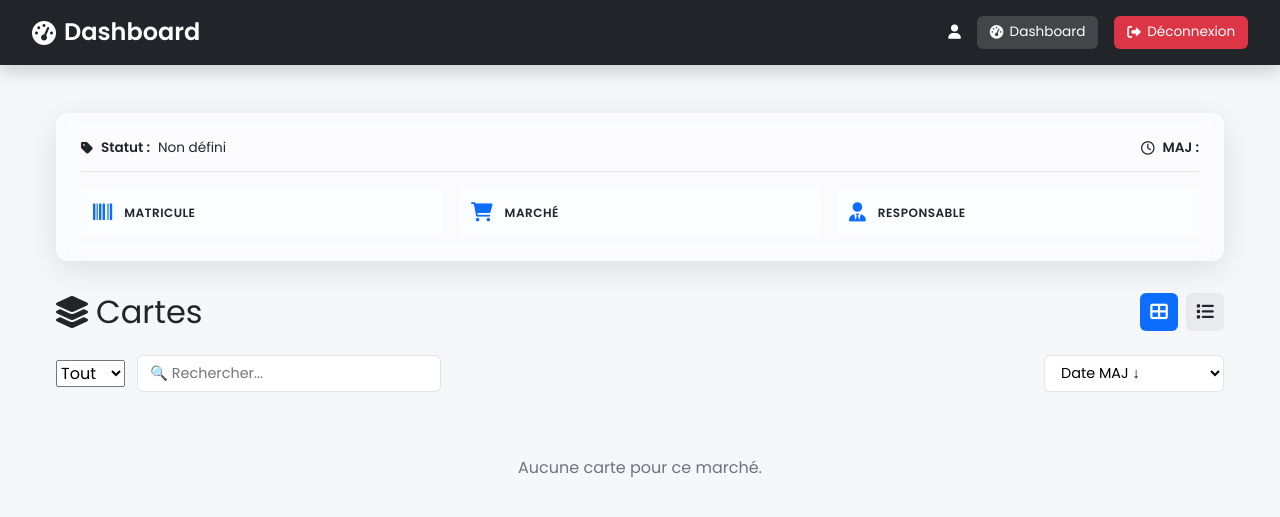
Repository: Andriatiana669/Retour_XP
Page: marches/templates/marches/description.html
The author's editor kept a copy of each file at every save. The page is drawn from the files as they stood at one save, then again after the next save.
The browser window is 1280 px wide. The pictures show the whole page.
The page is served by the project's application, run on Django 5.2 (manage.py). Other server files are loaded and not shown. The template is opened directly, without the code that normally fills it, so the values that code supplies are empty.

Above is the page before, as saved 2026-01-08 14:34:49.

### marches/templates/marches/description.html
{% extends 'dashboard/base.html' %}
{% load static %}
{% block title %}{{ marche_detaille.titre }}{% endblock %}

{% block extra_css %}
<link rel="stylesheet" href="{% static 'marches/css/description.css' %}">
<link rel="stylesheet" href="https://cdnjs.cloudflare.com/ajax/libs/font-awesome/6.0.0/css/all.min.css">
{% endblock %}

{% block content %}
<main class="container">
  <section class="info-grid">
    <div class="info-card">
      <div class="info-header">
        <span class="etat-item"><i class="fas fa-tag"></i><strong>Statut :</strong> {{ marche_detaille.etat_affaire.nom|default:'Non défini' }}</span>
        <span class="maj-item"><i class="far fa-clock"></i><strong>MAJ :</strong> {{ marche_detaille.date_maj|date:"d/m/Y H:i" }}</span>
      </div>
      <div class="info-items-container">
        <div class="info-item"><i class="fas fa-barcode"></i><span><strong>Matricule</strong><br>{{ marche_detaille.matricule }}</span></div>
        <div class="info-item"><i class="fas fa-shopping-cart"></i><span><strong>Marché</strong><br>{{ marche_detaille.nom_marche }}</span></div>
        <div class="info-item"><i class="fas fa-user-tie"></i><span><strong>Responsable</strong><br>{{ marche_detaille.resp_marche }}</span></div>
      </div>
    </div>
    {% if marche_detaille.description %}
    <div class="description-box">
      <h3><i class="fas fa-info-circle"></i> Description</h3>
      <p>{{ marche_detaille.description|linebreaks }}</p>
    </div>
    {% endif %}
  </section>

  <!-- ========== CARTES ========== -->
  <section class="cartes-section">
    <div class="cartes-header">
      <h2><i class="fas fa-layer-group"></i> Cartes</h2>
      <div class="view-toggle">
        <button id="btnGrand" class="vue-btn active" title="Grandes cartes"><i class="fas fa-th-large"></i></button>
        <button id="btnPetit" class="vue-btn" title="Petites cartes"><i class="fas fa-list"></i></button>
      </div>
      {% if request.user.profile.est_responsable %}
      <a href="{% url 'marches:ajouter_carte' marche_detaille.id %}" class="btn-add"><i class="fas fa-plus-circle"></i> Ajouter une carte</a>
      {% endif %}
    </div>

    <!-- Barre outils : tri + filtre -->
    <div class="cartes-tools">
      <div class="tools-left">
        <select id="searchField" class="form-field">
          <option value="all">Tout</option>
          <option value="titre">Titre</option>
          <option value="objet">Objet</option>
          <option value="client">Client</option>
        </select>
        <input type="text" id="searchCarte" placeholder="🔍 Rechercher..." class="form-search">
      </div>
      <div class="tools-right">
        <select id="sortSelect" class="form-sort">
          <option value="date-desc">Date MAJ ↓</option>
          <option value="date-asc">Date MAJ ↑</option>
          <option value="titre-az">Titre A-Z</option>
          <option value="titre-za">Titre Z-A</option>
        </select>
      </div>
    </div>

    <!-- Conteneur DES CARTES -->
    <div id="cartesContainer" class="cartes-container">
      {% for carte in cartes %}
      <div class="carte" data-id="{{ carte.id }}"
           data-titre="{{ carte.titre|lower }}"
           data-objet="{{ carte.objet|default:''|lower }}"
           data-client="{{ carte.nom_client|default:''|lower }}"
           data-date="{{ carte.date_maj|date:'Y-m-d' }}">

        <!-- actions visibles dans les 2 modes -->
        <div class="carte-actions mode-independent">
          <a href="{% url 'marches:voir_carte' carte.id %}" class="btn-act" title="Voir"><i class="fas fa-eye"></i></a>
          {% if request.user.profile.est_responsable %}
          <a href="{% url 'marches:modifier_carte' carte.id %}" class="btn-act mod" title="Modifier"><i class="fas fa-edit"></i></a>
          <a href="{% url 'marches:supprimer_carte' carte.id %}" class="btn-act del" title="Supprimer" onclick="return confirm('Supprimer cette carte ?');"><i class="fas fa-trash"></i></a>
          {% endif %}
        </div>

        <!-- Conteneur unique -->
        <div class="carte-inner">
          <!-- Vue compacte (ligne) -->
          <div class="carte-compact">
            <span class="cc-titre"><i class="far fa-folder"></i> {{ carte.titre }}</span>
            <span class="cc-objet"><i class="fas fa-paperclip"></i> {{ carte.objet|default:"-" }}</span>
            <span class="cc-client"><i class="fas fa-user-alt"></i> {{ carte.nom_client|default:"-" }}</span>
            <span class="cc-date"><i class="far fa-calendar"></i> <strong>Date retour :</strong> {{ carte.date_retour|date:"d/m/Y" }}</span>
            <span class="cc-maj"><i class="far fa-clock"></i> <strong>Date MAJ :</strong> {{ carte.date_maj|date:"d/m/Y H:i" }}</span>
          </div>

          <!-- Vue normale (carte complète) -->
          <div class="carte-normal">
            <div class="carte-header"><h4>{{ carte.titre }}</h4><button class="btn-copy" data-contenu="{{ carte.contenu|striptags|escape }}" title="Copier"><i class="far fa-copy"></i></button></div>
            <div class="carte-body">
              {% if carte.objet %}<p class="objet"><strong>Objet :</strong> {{ carte.objet }}</p>{% endif %}
              {% if carte.nom_client %}<p class="client"><strong>Client :</strong> {{ carte.nom_client }}</p>{% endif %}
              <div class="contenu">{{ carte.contenu|linebreaks }}</div>
            </div>
            {% if carte.image %}<div class="carte-image"><img src="{{ carte.image.url }}" alt="{{ carte.titre }}" loading="lazy"></div>{% endif %}
            <div class="carte-footer"><span class="date-retour"><i class="far fa-calendar"></i> Retour : {{ carte.date_retour|date:"d/m/Y" }}</span><span class="date-maj">MAJ : {{ carte.date_maj|date:"d/m/Y H:i" }}</span></div>
          </div>
        </div>
      </div>
      {% empty %}
      <p class="empty-cartes">Aucune carte pour ce marché.</p>
      {% endfor %}
    </div>
  </section>
</main>

<!-- Script mis ici pour être sûr que le DOM des cartes existe -->
<script src="{% static 'marches/js/description.js' %}"></script>
{% endblock %}

### dashboard/templates/dashboard/base.html
{% load static %}
<!DOCTYPE html>
<html lang="fr">
<head>
    <meta charset="UTF-8">
    <meta name="viewport" content="width=device-width, initial-scale=1.0">
    <title>{% block title %}Dashboard - Retour XP{% endblock %}</title>

    <!-- Polices et icônes -->
    <link rel="stylesheet" href="https://cdnjs.cloudflare.com/ajax/libs/font-awesome/6.4.0/css/all.min.css">
    <link href="https://fonts.googleapis.com/css2?family=Poppins:wght@300;400;600&display=swap" rel="stylesheet">

    <!-- Bootstrap + CSS global -->
    <link href="https://cdn.jsdelivr.net/npm/bootstrap@5.3.2/dist/css/bootstrap.min.css" rel="stylesheet">
    <link rel="stylesheet" href="{% static 'dashboard/css/dashboard.css' %}">

    {% block extra_css %}{% endblock %}
</head>
<body>
    <!-- HEADER COMMUN -->
    <header>
        <h1><i class="fas fa-tachometer-alt"></i> Dashboard</h1>

        <div class="header-actions">
            <!-- Nom utilisateur -->
            <span class="user-name"><i class="fas fa-user"></i> {{ request.user.username }}</span>

            <!-- Fil d'Ariane (hors page d'accueil) -->
            {% if request.resolver_match.url_name != 'dashboard' %}
            <nav class="breadcrumb-bar">
                <a href="{% url 'dashboard:dashboard' %}" class="btn-nav">
                    <i class="fas fa-tachometer-alt"></i> Dashboard
                </a>
                {% if request.resolver_match.url_name == 'description' %}
                <a href="{% url 'dashboard:liste_marche' object.marche_global.id %}" class="btn-nav">
                    <i class="fas fa-arrow-left"></i> Retour à la liste
                </a>
                {% endif %}
            </nav>
            {% endif %}

            <!-- Déconnexion (rouge) -->
            <a href="{% url 'authentification:logout' %}" class="btn-logout">
                <i class="fas fa-sign-out-alt"></i> Déconnexion
            </a>
        </div>
    </header>

    <!-- CONTENU DES PAGES FILLES -->
    <main>
        {% block content %}{% endblock %}
    </main>

    <!-- JS COMMUN -->
    <script src="https://cdn.jsdelivr.net/npm/bootstrap@5.3.2/dist/js/bootstrap.bundle.min.js"></script>
    {% block extra_js %}{% endblock %}
</body>
</html>

### Retour_XP/urls.py
"""
URL configuration for Retour_XP project.

The `urlpatterns` list routes URLs to views. For more information please see:
    https://docs.djangoproject.com/en/5.2/topics/http/urls/
Examples:
Function views
    1. Add an import:  from my_app import views
    2. Add a URL to urlpatterns:  path('', views.home, name='home')
Class-based views
    1. Add an import:  from other_app.views import Home
    2. Add a URL to urlpatterns:  path('', Home.as_view(), name='home')
Including another URLconf
    1. Import the include() function: from django.urls import include, path
    2. Add a URL to urlpatterns:  path('blog/', include('blog.urls'))
"""
# Retour_XP/urls.py
from django.contrib import admin
from django.urls import path, include
from django.conf import settings
from django.conf.urls.static import static

urlpatterns = [
    path('admin/', admin.site.urls),
    path('', include('authentification.urls')),
    path('dashboard/', include('dashboard.urls')),
    path('marches/', include('marches.urls')),
]

if settings.DEBUG:
    urlpatterns += static(settings.MEDIA_URL, document_root=settings.MEDIA_ROOT)
    urlpatterns += static(settings.STATIC_URL, document_root=settings.STATIC_ROOT)

### authentification/urls.py
# authentification/urls.py
from django.urls import path
from . import views

app_name = 'authentification'

urlpatterns = [
    path('', views.login_view, name='login'),
    path('logout/', views.custom_logout, name='logout'),   # ← nouvelle ligne
]

### dashboard/urls.py
# dashboard/urls.py
from django.urls import path
from . import views

app_name = 'dashboard'

urlpatterns = [
    path('', views.dashboard_view, name='dashboard'),
    path('marche/<int:marche_global_id>/', views.liste_marche_view, name='liste_marche'),
    path('marche/<int:marche_global_id>/ajouter/', views.ajouter_marche_view, name='ajouter_marche'),
    path('marche/change-etat/<int:pk>/', views.change_etat_view, name='change_etat'),
    path('marche/modifier/<int:pk>/', views.modifier_marche_view, name='modifier_marche'),
    path('marche/supprimer/<int:pk>/', views.supprimer_marche_view, name='supprimer_marche'),
]

### marches/urls.py
# marches/urls.py
from django.urls import path
from . import views

app_name = 'marches'

urlpatterns = [
    path('description/<int:marche_detaille_id>/', views.description_view, name='description'),

    # Cartes
    path('carte/ajouter/<int:marche_detaille_id>/', views.ajouter_carte_view,   name='ajouter_carte'),
    path('carte/voir/<int:carte_id>/',                views.voir_carte_view,      name='voir_carte'),
    path('carte/modifier/<int:carte_id>/',            views.modifier_carte_view,  name='modifier_carte'),
    path('carte/supprimer/<int:carte_id>/',           views.supprimer_carte_view, name='supprimer_carte'),
]

### dashboard/static/dashboard/css/dashboard.css
/* ---------- VARIABLES ---------- */
:root {
    --primary-color: #0d6efd;
    --secondary-color: #6c757d;
    --success-color: #28a745;
    --danger-color: #dc3545;
    --light-color: #f8f9fa;
    --dark-color: #212529;
    --shadow-sm: 0 .125rem .25rem rgba(0,0,0,.075);
    --shadow-md: 0 .5rem 1rem rgba(0,0,0,.15);
    --shadow-lg: 0 1rem 3rem rgba(0,0,0,.175);
    --transition: all .3s ease;
}

/* ---------- BASE ---------- */
body {
    font-family: 'Poppins', 'Segoe UI', Roboto, Arial, sans-serif;
    background: var(--light-color);
    margin: 0;
    padding: 0;
    color: #333;
}

/* ---------- HEADER ---------- */
header {
    background: var(--dark-color);
    color: #fff;
    padding: 1rem 2rem;
    display: flex;
    justify-content: space-between;
    align-items: center;
    box-shadow: var(--shadow-md);
    position: sticky;
    top: 0;
    z-index: 100;
}
header h1 {
    margin: 0;
    font-size: 1.5rem;
    font-weight: 600;
    display: flex;
    align-items: center;
    gap: .5rem;
}

.header-actions {
    display: flex;
    align-items: center;
    gap: 1rem;
}
.user-name {
    font-size: .9rem;
    color: #fff;
    white-space: nowrap;
}

.breadcrumb-bar {
    display: flex;
    gap: .5rem;
}
.btn-nav {
    background: rgba(255,255,255,.15);
    color: #fff;
    padding: .4rem .8rem;
    border-radius: .375rem;
    text-decoration: none;
    font-size: .85rem;
    display: inline-flex;
    align-items: center;
    gap: .4rem;
    transition: background .2s;
}
.btn-nav:hover { background: rgba(255,255,255,.25); }

.btn-logout {
    background: var(--danger-color);
    color: #fff;
    padding: .4rem .8rem;
    border-radius: .375rem;
    text-decoration: none;
    font-size: .85rem;
    display: inline-flex;
    align-items: center;
    gap: .4rem;
    transition: background .2s;
}
.btn-logout:hover { background: #c82333; }

/* ---------- MAIN ---------- */
main {
    padding: 2rem;
    max-width: 1400px;
    margin: 0 auto;
}
main h2 {
    color: var(--dark-color);
    margin-bottom: 1.5rem;
    display: flex;
    align-items: center;
    gap: .5rem;
}

/* ---------- DASHBOARD CONTROLS ---------- */
.dashboard-controls {
    display: flex;
    justify-content: space-between;
    margin-bottom: 1.5rem;
    gap: 1rem;
    flex-wrap: wrap;
}
.search-bar {
    flex: 1;
    min-width: 200px;
}
.search-bar input {
    width: 100%;
    padding: .75rem 1rem;
    border: 1px solid #dee2e6;
    border-radius: .5rem;
    font-size: 1rem;
    transition: var(--transition);
}
.search-bar input:focus {
    border-color: var(--primary-color);
    outline: none;
    box-shadow: 0 0 0 .25rem rgba(13, 110, 253, .25);
}
.filter-options select {
    padding: .75rem 1rem;
    border: 1px solid #dee2e6;
    border-radius: .5rem;
    background: #fff;
    cursor: pointer;
    min-width: 180px;
}

/* ---------- GRILLE ---------- */
.marches-grid {
    display: grid;
    grid-template-columns: repeat(auto-fill, minmax(280px, 1fr));
    gap: 1.5rem;
    margin-top: 1.5rem;
}

/* ---------- CARTE ---------- */
.marche-card {
    background: #fff;
    padding: 1.5rem;
    border-radius: .5rem;
    box-shadow: var(--shadow-sm);
    border: 1px solid #e9ecef;
    display: flex;
    flex-direction: column;
    position: relative;
    overflow: hidden;
    transition: var(--transition);
}
.marche-card::before {
    content: "📊";
    position: absolute;
    top: 1rem;
    right: 1rem;
    font-size: 1.5rem;
    opacity: .1;
    color: var(--primary-color);
}
.marche-card:hover {
    transform: translateY(-5px) scale(1.01);
    box-shadow: var(--shadow-lg);
    border-color: var(--primary-color);
}
.marche-card h3 {
    margin: 0 0 .5rem 0;
    color: var(--primary-color);
    font-weight: 600;
}
.marche-card p {
    color: var(--secondary-color);
    margin: .5rem 0 1rem 0;
    flex-grow: 1;
}
.marche-stats { margin: .5rem 0; }
.projet-count {
    background: var(--success-color);
    color: #fff;
    padding: .25rem .75rem;
    border-radius: 1rem;
    font-size: .875rem;
    font-weight: 600;
    display: inline-flex;
    align-items: center;
    gap: .5rem;
}
.projet-count::before { content: "📦"; }

/* ---------- BOUTON ---------- */
.btn-voir {
    display: inline-flex;
    align-items: center;
    gap: .5rem;
    margin-top: auto;
    padding: .5rem 1rem;
    background: var(--primary-color);
    color: #fff;
    text-decoration: none;
    border-radius: .375rem;
    font-weight: 500;
    transition: var(--transition);
    align-self: flex-start;
}
.btn-voir:hover {
    background: #0b5ed7;
    transform: translateY(-1px);
}

/* ---------- ANIMATION ---------- */
@keyframes fadeIn {
    from { opacity: 0; transform: translateY(10px); }
    to { opacity: 1; transform: translateY(0); }
}
.marche-card { animation: fadeIn .3s ease forwards; }

/* ---------- RESPONSIVE ---------- */
@media (max-width: 768px) {
    .dashboard-controls { flex-direction: column; }
    .marches-grid { grid-template-columns: 1fr; }
}

Loaded but not shown: marches/static/marches/js/description.js (101 lines, source omitted); marches/static/marches/css/description.css (350 lines, source omitted)

After the next save:
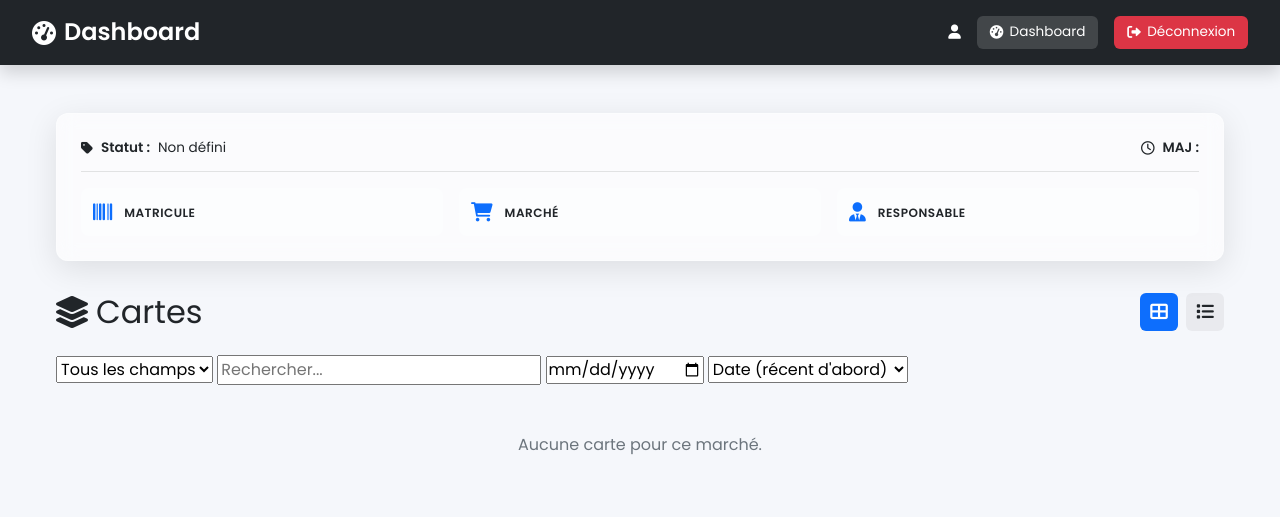
Saved 2 min 27 s later.
--- a/marches/templates/marches/description.html
+++ b/marches/templates/marches/description.html
@@ -43,25 +43,27 @@
     </div>
 
     <!-- Barre outils : tri + filtre -->
-    <div class="cartes-tools">
-      <div class="tools-left">
-        <select id="searchField" class="form-field">
-          <option value="all">Tout</option>
-          <option value="titre">Titre</option>
-          <option value="objet">Objet</option>
-          <option value="client">Client</option>
+    <!-- Filtres et tri -->
+    <select id="searchField">
+        <option value="all">Tous les champs</option>
+        <option value="titre">Titre</option>
+        <option value="objet">Objet</option>
+        <option value="client">Client</option>
         </select>
-        <input type="text" id="searchCarte" placeholder="🔍 Rechercher..." class="form-search">
-      </div>
-      <div class="tools-right">
-        <select id="sortSelect" class="form-sort">
-          <option value="date-desc">Date MAJ ↓</option>
-          <option value="date-asc">Date MAJ ↑</option>
-          <option value="titre-az">Titre A-Z</option>
-          <option value="titre-za">Titre Z-A</option>
-        </select>
-      </div>
+        <input type="text" id="searchCarte" placeholder="Rechercher...">
+        <input type="date" id="filterDate">
+        <select id="sortSelect">
+        <option value="date-desc">Date (récent d'abord)</option>
+        <option value="date-asc">Date (ancien d'abord)</option>
+        <option value="titre-az">Titre (A-Z)</option>
+        <option value="titre-za">Titre (Z-A)</option>
+    </select>
+
+    <!-- Conteneur des cartes -->
+    <div id="cartesContainer">
+    <!-- Les cartes seront insérées ici -->
     </div>
+
 
     <!-- Conteneur DES CARTES -->
     <div id="cartesContainer" class="cartes-container">

After the save that followed:
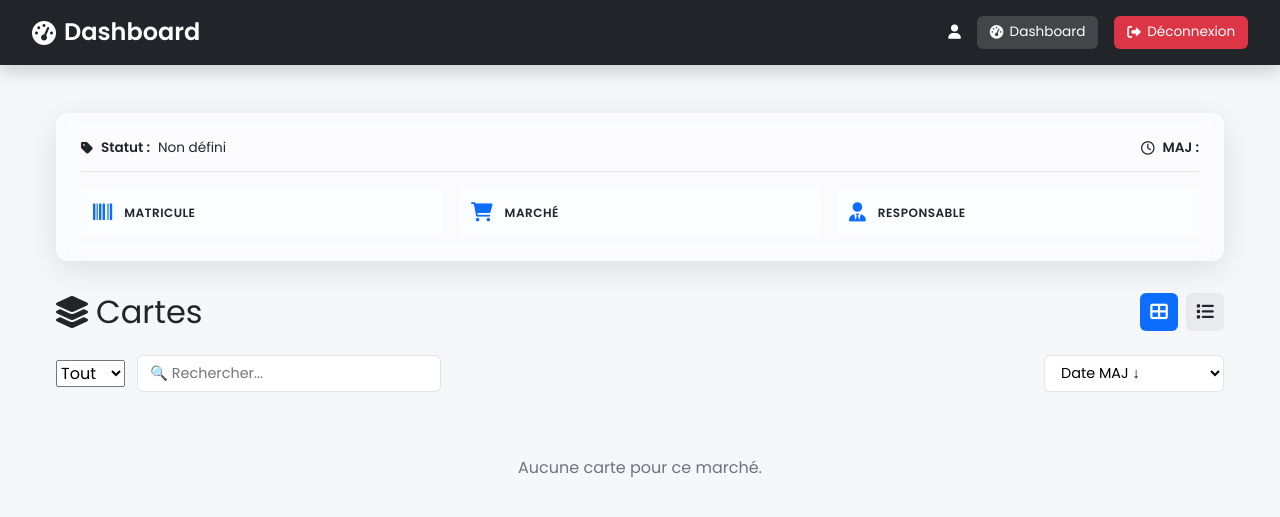
Saved 17 s later.
--- a/marches/templates/marches/description.html
+++ b/marches/templates/marches/description.html
@@ -43,27 +43,25 @@
     </div>
 
     <!-- Barre outils : tri + filtre -->
-    <!-- Filtres et tri -->
-    <select id="searchField">
-        <option value="all">Tous les champs</option>
-        <option value="titre">Titre</option>
-        <option value="objet">Objet</option>
-        <option value="client">Client</option>
+    <div class="cartes-tools">
+      <div class="tools-left">
+        <select id="searchField" class="form-field">
+          <option value="all">Tout</option>
+          <option value="titre">Titre</option>
+          <option value="objet">Objet</option>
+          <option value="client">Client</option>
         </select>
-        <input type="text" id="searchCarte" placeholder="Rechercher...">
-        <input type="date" id="filterDate">
-        <select id="sortSelect">
-        <option value="date-desc">Date (récent d'abord)</option>
-        <option value="date-asc">Date (ancien d'abord)</option>
-        <option value="titre-az">Titre (A-Z)</option>
-        <option value="titre-za">Titre (Z-A)</option>
-    </select>
-
-    <!-- Conteneur des cartes -->
-    <div id="cartesContainer">
-    <!-- Les cartes seront insérées ici -->
+        <input type="text" id="searchCarte" placeholder="🔍 Rechercher..." class="form-search">
+      </div>
+      <div class="tools-right">
+        <select id="sortSelect" class="form-sort">
+          <option value="date-desc">Date MAJ ↓</option>
+          <option value="date-asc">Date MAJ ↑</option>
+          <option value="titre-az">Titre A-Z</option>
+          <option value="titre-za">Titre Z-A</option>
+        </select>
+      </div>
     </div>
-
 
     <!-- Conteneur DES CARTES -->
     <div id="cartesContainer" class="cartes-container">
